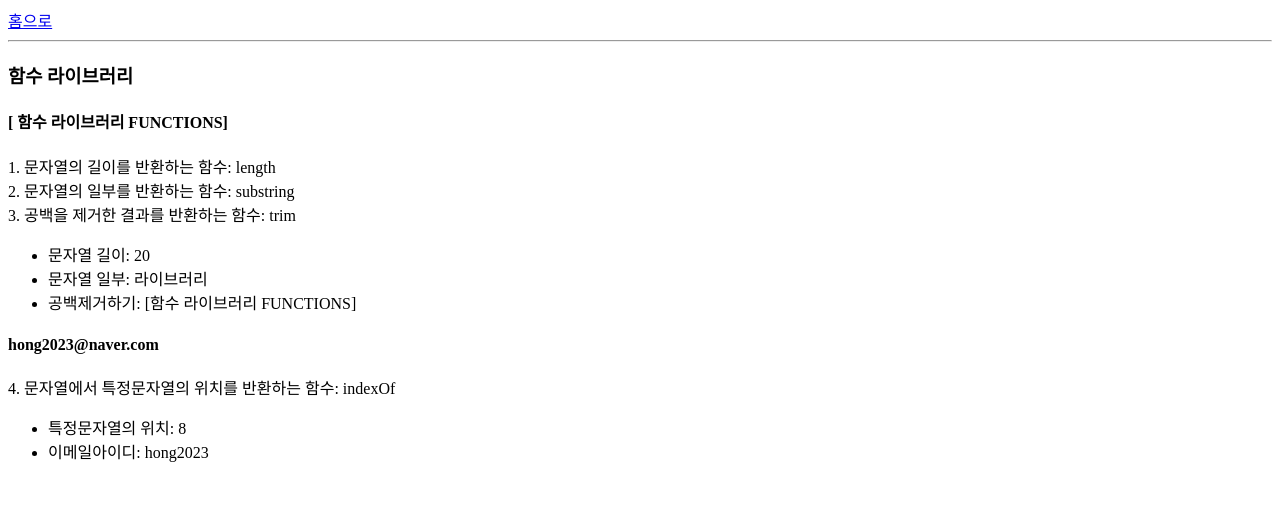
Repository: linklifejo/study_web
Page: http://localhost/servlet02/jstl/functions.jsp
An editor plug-in stored every save of this project. The page is shown before and after the next save, followed by the edit.
The browser window is 1280 px wide. The pictures show the whole page.
The page is served by Tomcat 9.

Above is the page before, as saved 2023-02-08 01:50:56.

After the next save:
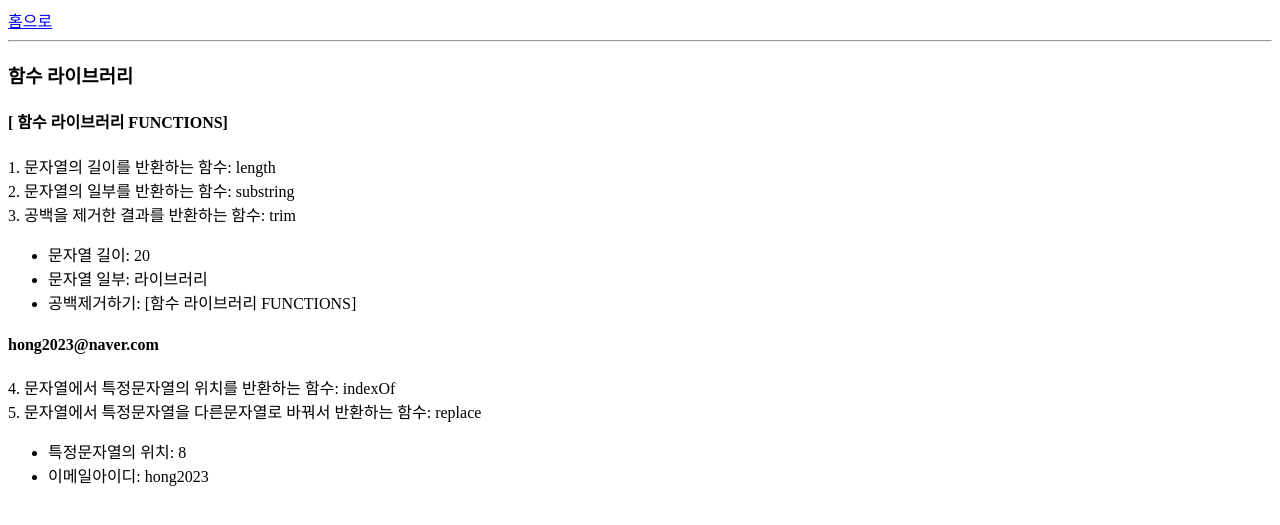
Saved 94 s later.
--- a/servlet02/src/main/webapp/jstl/functions.jsp
+++ b/servlet02/src/main/webapp/jstl/functions.jsp
@@ -27,6 +27,7 @@
 <c:set var='email' value='hong2023@naver.com'/>
 <h4>${email}</h4>
 <div>4. 문자열에서 특정문자열의 위치를 반환하는 함수: indexOf</div>
+<div>5. 문자열에서 특정문자열을 다른문자열로 바꿔서 반환하는 함수: replace</div>
 <ul>
 	<li>특정문자열의 위치: ${fn: indexOf(email, '@') } </li>
 	<li>이메일아이디: ${fn: substring(email, 0, fn: indexOf(email, '@')) }</li>
